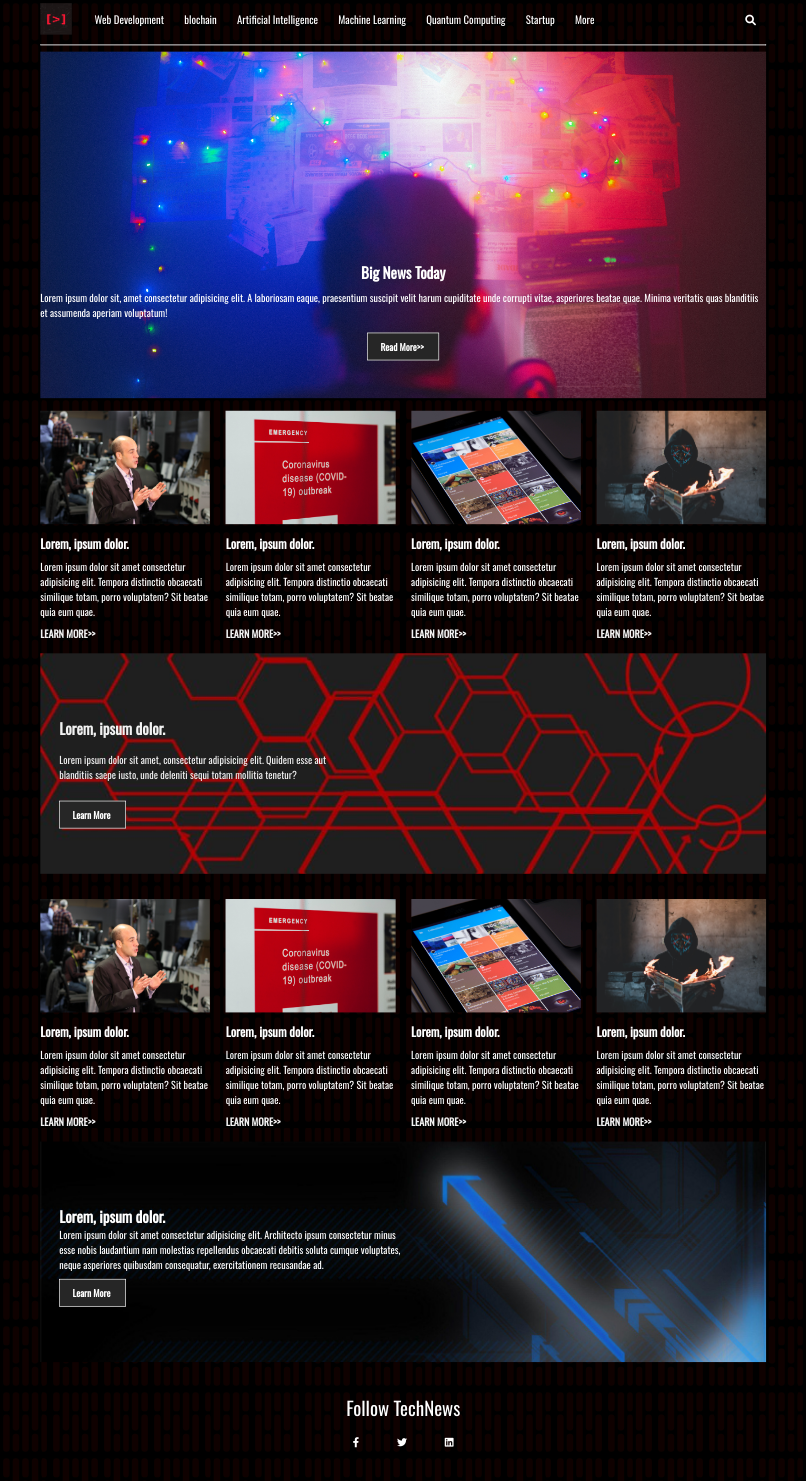
Repository: NickArregoces/News_Web
Page: index.html
The author's editor kept a copy of each file at every save. The page is drawn from the files as they stood at one save, then again after the next save.
The browser window is 1280 px wide. The pictures show the whole page, at 63% of full size.

Above is the page before, as saved 2021-12-24 20:10:40.

After the next save:
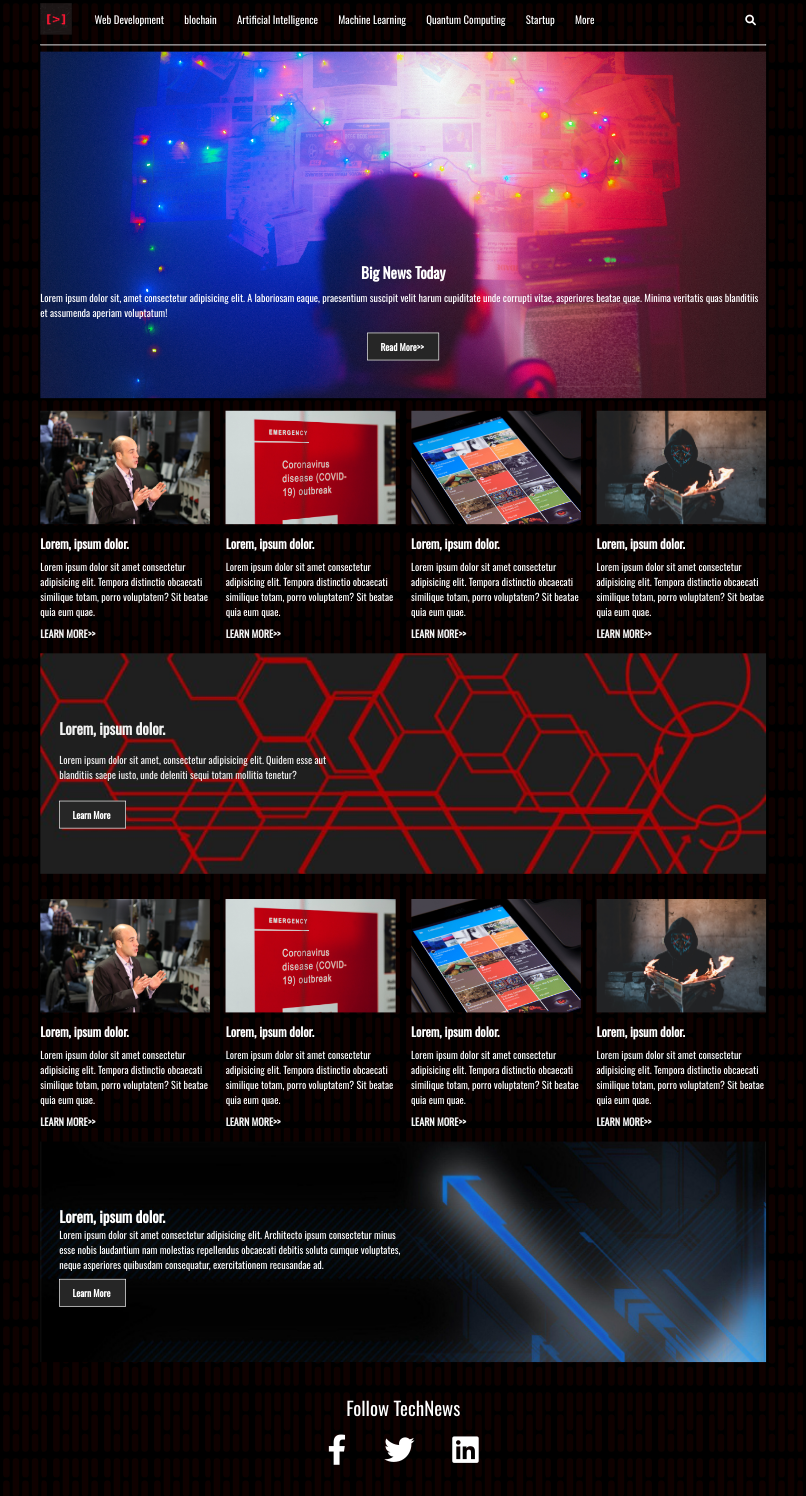
Saved 5 s later.
--- a/style.Css
+++ b/style.Css
@@ -182,5 +182,5 @@
 
 .links a i{
     margin: 0 30px;
-    font-size: 3;
+    font-size: 3rem;
 }

After the save that followed:
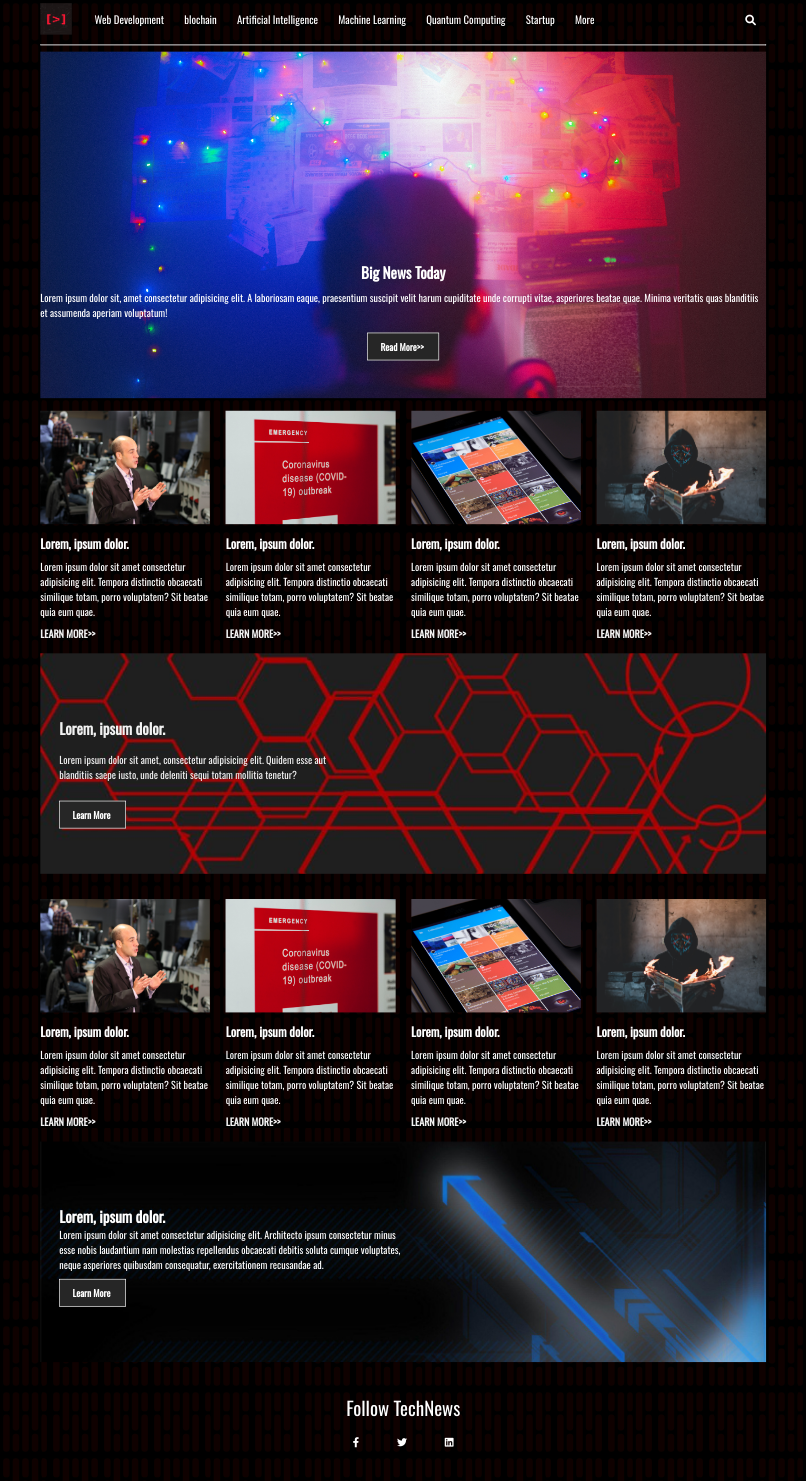
Saved 4 s later.
--- a/style.Css
+++ b/style.Css
@@ -182,5 +182,4 @@
 
 .links a i{
     margin: 0 30px;
-    font-size: 3rem;
 }
